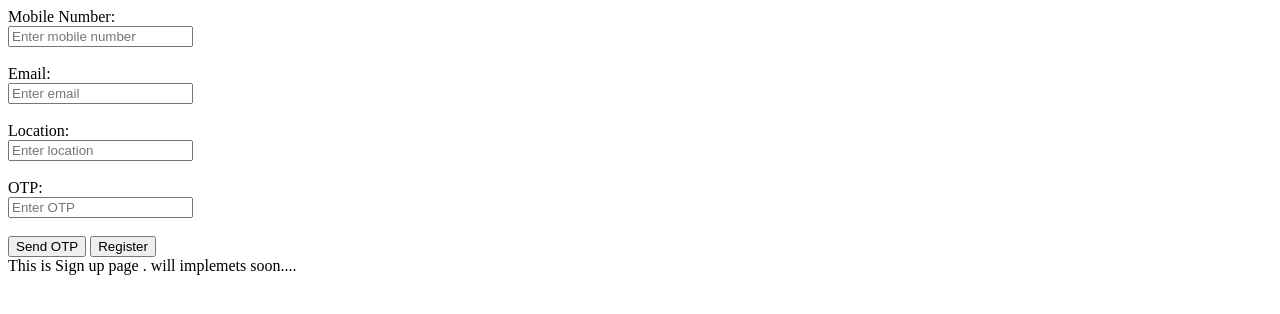
Repository: munnaksah/spring-framework-core
Page: http://localhost/RapidoLogin/showPage
The author's editor kept a copy of each file at every save. The page is drawn from the files as they stood at one save, then again after the next save.
The browser window is 1280 px wide. The pictures show the whole page.
The page is served by Tomcat 9.

Above is the page before, as saved 2026-04-02 12:26:02.

### RapidoLogin/src/main/webapp/WEB-INF/rapido-login-servlet.xml
<?xml version="1.0" encoding="UTF-8"?>
<beans xmlns="http://www.springframework.org/schema/beans"
    xmlns:xsi="http://www.w3.org/2001/XMLSchema-instance"
    xmlns:context="http://www.springframework.org/schema/context"
    xsi:schemaLocation="
        http://www.springframework.org/schema/beans http://www.springframework.org/schema/beans/spring-beans.xsd
        http://www.springframework.org/schema/context http://www.springframework.org/schema/context/spring-context.xsd">

    <!-- View Resolver -->
    <bean class="org.springframework.web.servlet.view.InternalResourceViewResolver">
        <property name="prefix" value="/WEB-INF/views/"/>
        <property name="suffix" value=".jsp"/>
    </bean>

    <!-- Component Scan -->
    <context:component-scan base-package="com.rapido"/>

</beans>

### RapidoLogin/src/main/webapp/WEB-INF/views/sign-up.jsp
<%@ page language="java" contentType="text/html; charset=ISO-8859-1"
	pageEncoding="ISO-8859-1"%>
<!DOCTYPE html>
<html>
<head>
<meta charset="ISO-8859-1">
<title>Rapido sign-Up</title>
</head>
<body>


	<form action="signup" method="post">

		<!-- Mobile -->
		<label>Mobile Number:</label><br> <input type="text"
			name="mobile" placeholder="Enter mobile number" required><br>
		<br>

		<!-- Email -->
		<label>Email:</label><br> <input type="email" name="email"
			placeholder="Enter email" required><br>
		<br>

		<!-- Location -->
		<label>Location:</label><br> <input type="text" name="location"
			placeholder="Enter location" required><br>
		<br>

		<!-- OTP -->
		<label>OTP:</label><br> <input type="text" name="otp"
			placeholder="Enter OTP" required><br>
		<br>

		<!-- Buttons -->
		<button type="button">Send OTP</button>
		<button type="submit">Register</button>

	</form>


	This is Sign up page . will implemets soon....
</body>
</html>

### RapidoLogin/src/main/java/com/rapido/app/SignupController.java
package com.rapido.app;

import org.springframework.stereotype.Controller;
import org.springframework.web.bind.annotation.RequestMapping;
import org.springframework.web.servlet.ModelAndView;



@Controller
public class SignupController {

	@RequestMapping("showPage")
	public ModelAndView showSignUpPage() {
		ModelAndView mv = new ModelAndView();
		mv.setViewName("sign-up");


		return mv;

	}

}

After the next save:
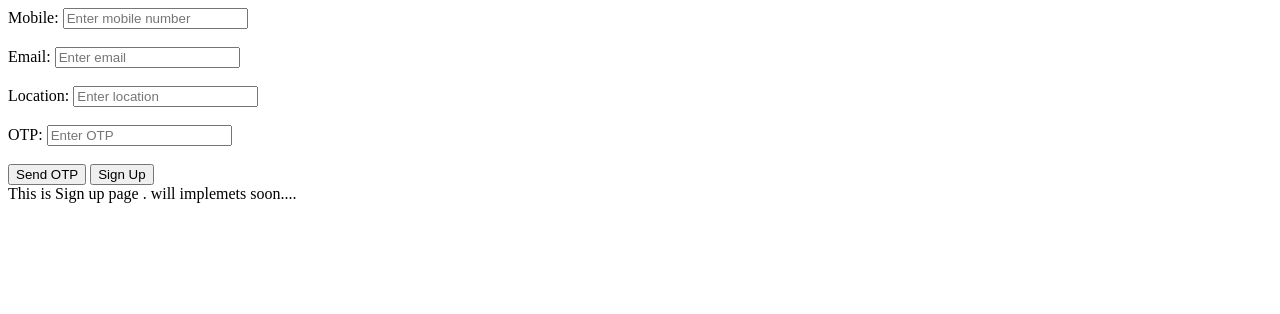
Saved 4 min 48 s later.
--- a/RapidoLogin/src/main/webapp/WEB-INF/views/sign-up.jsp
+++ b/RapidoLogin/src/main/webapp/WEB-INF/views/sign-up.jsp
@@ -12,30 +12,31 @@
 	<form action="signup" method="post">
 
 		<!-- Mobile -->
-		<label>Mobile Number:</label><br> <input type="text"
-			name="mobile" placeholder="Enter mobile number" required><br>
+		Mobile: <input type="text" name="mobile"
+			placeholder="Enter mobile number" required> <br>
 		<br>
 
 		<!-- Email -->
-		<label>Email:</label><br> <input type="email" name="email"
-			placeholder="Enter email" required><br>
+		Email: <input type="email" name="email" placeholder="Enter email"
+			required> <br>
 		<br>
 
 		<!-- Location -->
-		<label>Location:</label><br> <input type="text" name="location"
-			placeholder="Enter location" required><br>
+		Location: <input type="text" name="location"
+			placeholder="Enter location" required> <br>
 		<br>
 
 		<!-- OTP -->
-		<label>OTP:</label><br> <input type="text" name="otp"
-			placeholder="Enter OTP" required><br>
+		OTP: <input type="text" name="otp" placeholder="Enter OTP" required>
+		<br>
 		<br>
 
 		<!-- Buttons -->
 		<button type="button">Send OTP</button>
-		<button type="submit">Register</button>
+		<input type="submit" value="Sign Up">
 
 	</form>
+
 
 
 	This is Sign up page . will implemets soon....
